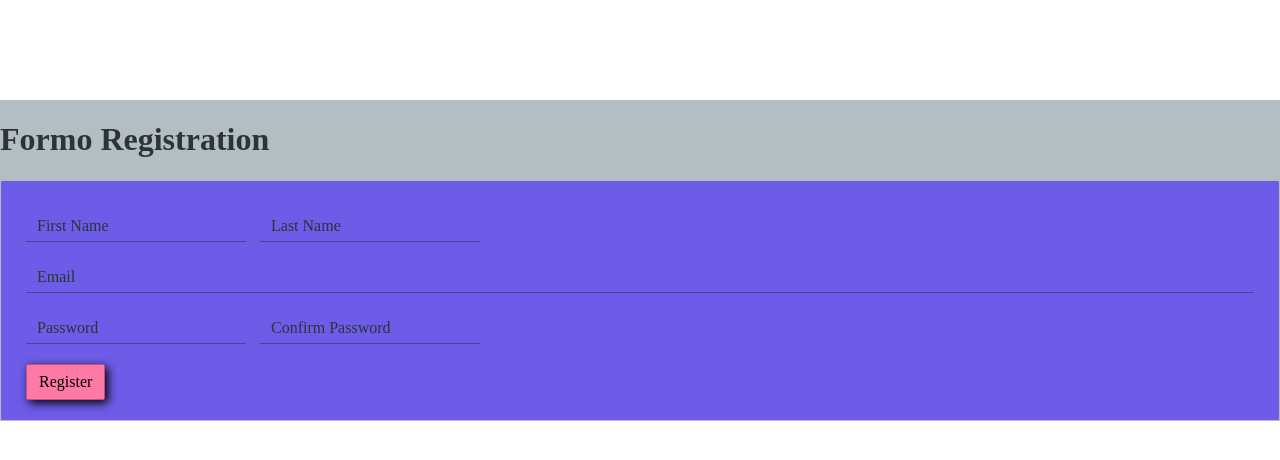
Repository: AMAmine89/vanilla-projects
Page: formo/index.html
The author's editor kept a copy of each file at every save. The page is drawn from the files as they stood at one save, then again after the next save.
The browser window is 1280 px wide. The pictures show the whole page.

Above is the page before, as saved 2021-05-05 07:42:46.

### formo/index.html
<!DOCTYPE html>
<html lang="en">
<head>
    <meta charset="UTF-8">
    <meta http-equiv="X-UA-Compatible" content="IE=edge">
    <meta name="viewport" content="width=device-width, initial-scale=1.0">
    <link rel="stylesheet" href="css/normalize.css">
    <link rel="stylesheet" href="style.css">
    <title>Formo</title>
</head>
<body>
    <section>
        <h1>Formo Registration</h1>
        <form>
            <div class="double-block">
                <div>
                    <span class="first-name">
                        <input type="text" name="first-name" id="first-name">
                    </span>
                </div>
                <div>
                    <span class="last-name">
                        <input type="text" name="last-name">
                    </span>
                </div>
            </div>
            <div>
                <span class="email"><input type="email" name="email"></span>
            </div>
            <div class="double-block">
                <div>
                    <span class="password">
                        <input type="password" name="password">
                    </span>
                </div>
                <div>
                    <span class="confirm-password">
                        <input type="password" name="confirm-password">
                    </span>
                </div>
            </div>
            <div>
                <input type="submit" value="Register">
            </div>
        </form>
    </section>
</body>
</html>

### formo/style.css
section {
    display: grid;
    margin-top: 100px;
    background-color: #b2bec3;
    color: #2d3436;
}

form {
    background: #6c5ce7;
    padding: 20px;
    border: 1px solid rgb(187, 187, 187);
    border-radius: 2px;
    -webkit-border-radius: 2px;
    -moz-border-radius: 2px;
    -ms-border-radius: 2px;
    -o-border-radius: 2px;
}

div {
    position: relative;
}

.double-block div {
    display: inline-block;
}

input:not(input[type="submit"]) {
    padding: 5px 10px;
    height: 20px;
    background: transparent;
    border-top: none;
    border-right: none;
    border-left: none;
    border-bottom: solid 1px rgba(49, 49, 49, 0.527);
    margin: 10px 5px;
    outline: none;
    z-index: 2;
}

input[type="email"] {
    width: -webkit-fill-available;
}

input:not(input[type="submit"])::after {
    content: '';
    width: 0;
    display: block;
    height: 1px;
    color: rgb(49, 49, 49);
    border-bottom: solid 1px;
    transition: width .3s ease-in-out;
    -webkit-transition: width .3s ease-in-out;
    -moz-transition: width .3s ease-in-out;
    -ms-transition: width .3s ease-in-out;
    -o-transition: width .3s ease-in-out;
}

input:not(input[type="submit"]):focus::after {
    width: 100%;
}

input[type="submit"] {
    padding: 8px 12px;
    background-color: #fd79a8;
    border: 1px solid #cc4c79;
    outline: none;
    cursor: pointer;
    color: initial;
    box-shadow: 3px 3px 10px 0px black;
    border-radius: 2px;
    margin-top: 10px;
    margin-left: 5px;
    -webkit-border-radius: 2px;
    -moz-border-radius: 2px;
    -ms-border-radius: 2px;
    -o-border-radius: 2px;
    transition: all .6 ease-in-out;
    -webkit-transition: all .6 ease-in-out;
    -moz-transition: all .6 ease-in-out;
    -ms-transition: all .6 ease-in-out;
    -o-transition: all .6 ease-in-out;
}

input[type="submit"]:hover {
    background-color: #cc4c79;
    color: aliceblue;
}

.first-name::before {
    content: 'First Name';
}

.last-name::before {
    content: 'Last Name';
}

.email::before {
    content: 'Email';
}
.password::before {
    content: 'Password';
}
.confirm-password::before {
    content: 'Confirm Password';
}

span {
    z-index: 1;
}

span::before {
    cursor: text;
    display: inline-block;
    position: absolute;
    top: 16px;
    left: 16px;
    bottom: 0;
    font-size: initial;
    transition: all .3s ease-in-out;
    -webkit-transition: all .3s ease-in-out;
    -moz-transition: all .3s ease-in-out;
    -ms-transition: all .3s ease-in-out;
    -o-transition: all .3s ease-in-out;
}

span:focus-within::before, span:focus::before  {
    top: 0;
    left: 10px;
    bottom: 30px;
    font-size: .85em;
}

label {
    cursor: text;
    display: inline-block;
    position: relative;
    bottom: auto;
    left: -180px;
    transition: bottom .7s ease-in-out;
    -webkit-transition: bottom .7s ease-in-out;
    -moz-transition: bottom .7s ease-in-out;
    -ms-transition: bottom .7s ease-in-out;
    -o-transition: bottom .7s ease-in-out;
}

Loaded but not shown: formo/normalize.css (library)

After the next save:
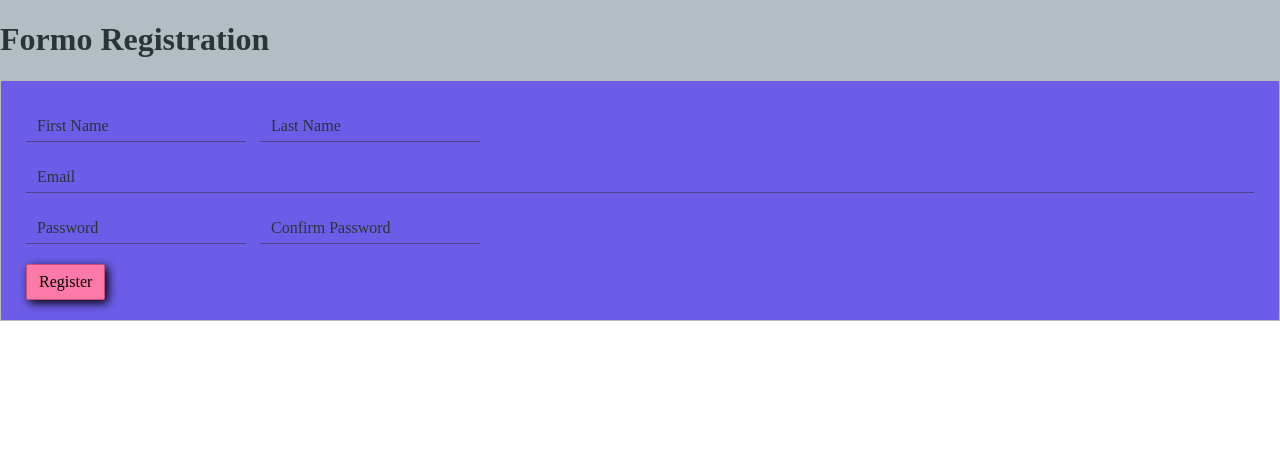
Saved 94 s later.
--- a/formo/style.css
+++ b/formo/style.css
@@ -1,5 +1,6 @@
 section {
     display: grid;
+    grid-template-columns
     margin-top: 100px;
     background-color: #b2bec3;
     color: #2d3436;
